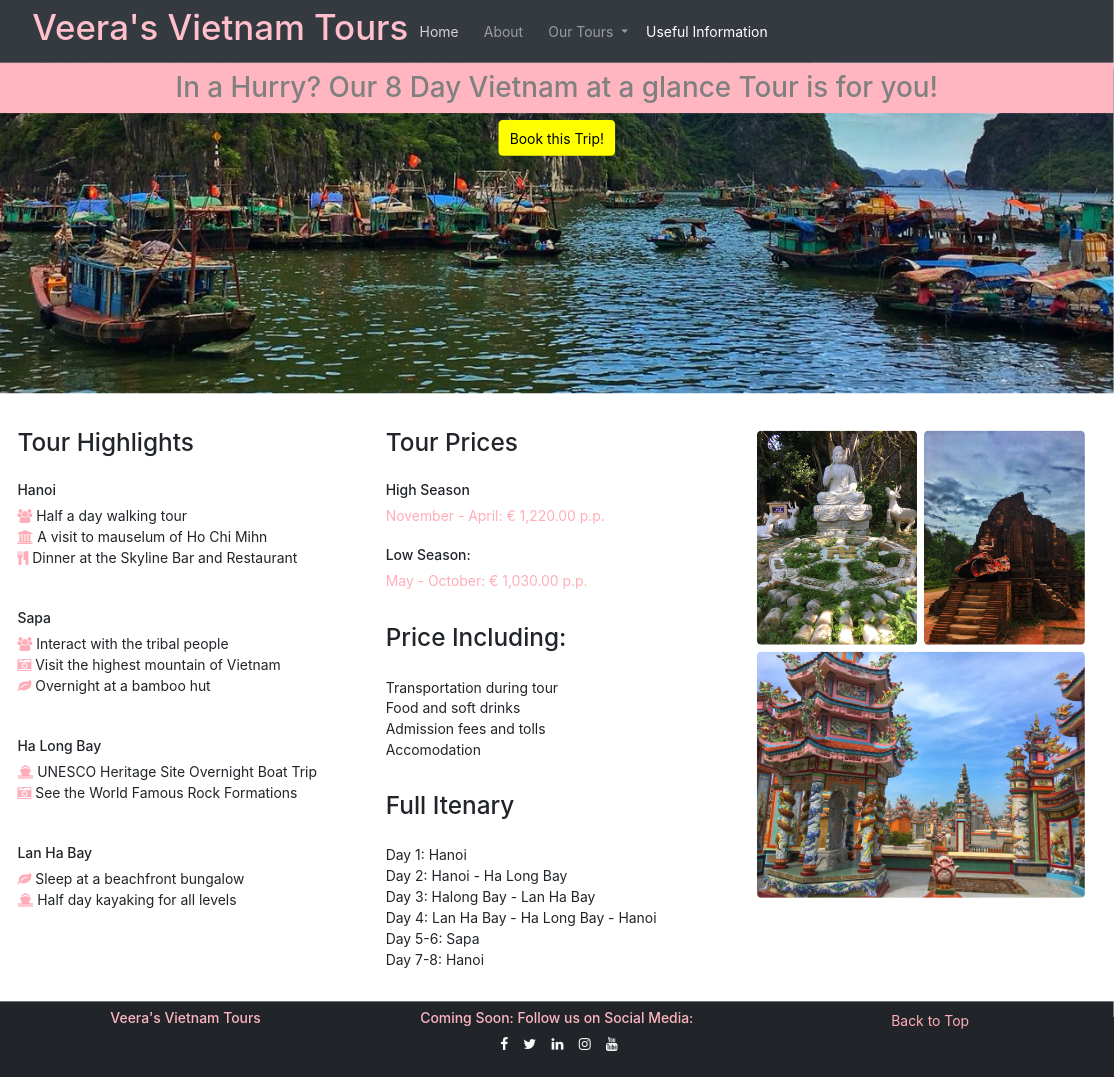
Repository: VAhola/VietnamTour
Page: 8d.html
The author's editor kept a record of every edit. The page is drawn from the files as they stood at one moment, then again after the next edit.
The browser window is 1280 px wide. The pictures show the whole page, at 87% of full size.

Above is the page before.

After the next edit:
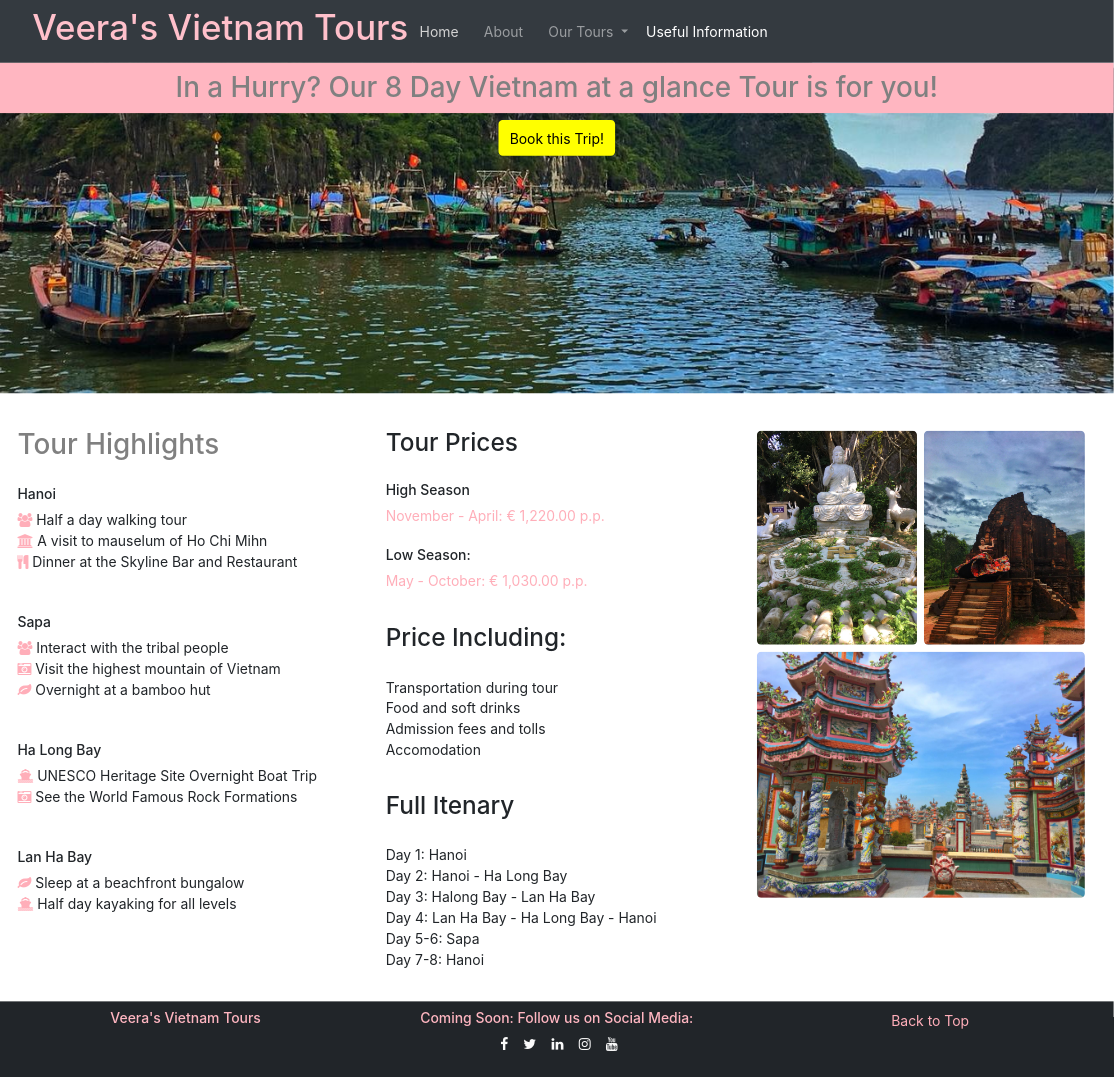
The edit:
--- a/8d.html
+++ b/8d.html
@@ -53,7 +53,7 @@
 <div class="tours1">
 <div class="row">
     <div class="col-sm-4 container-fluid">
-      <h3 style="text-align:left;"> Tour Highlights</h3>
+      <h2 style="text-align:left;"> Tour Highlights</h2>
        <ul style="text-align:left;">
             <li>
                 <h6>Hanoi</h6>
